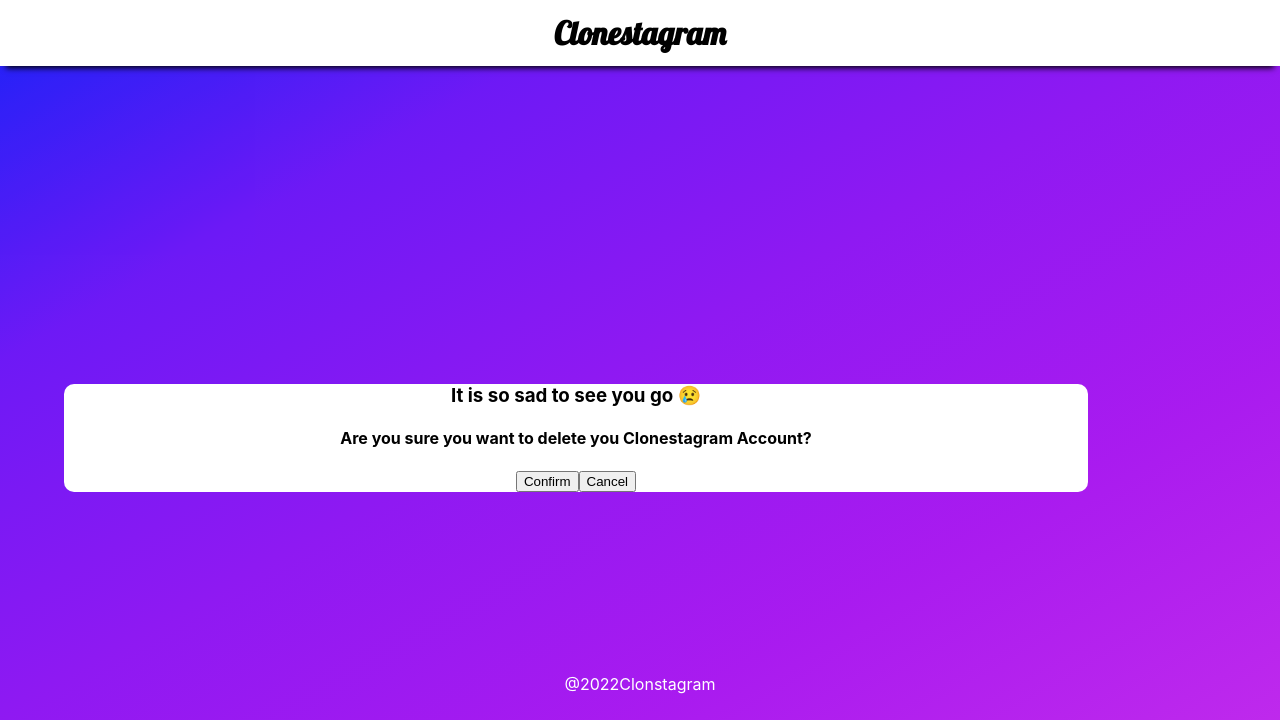
Repository: MikeMoore55/clonestagram
Page: /delaccount
An editor plug-in stored every save of this project. The page is shown before and after the next save, followed by the edit.
The browser window is 1280 px wide. The pictures show the whole page.
The page's requests for data from a server got no answer. The project was rebuilt for these pictures with package versions that can differ from the ones it lists, and the page was loaded fresh each time. The framework's server and built-in components were replaced by stand-ins that run in the browser. No one was signed in, and anything a server would have sent is missing. Also part of the build but not shown: next.config.js.

Above is the page before, as saved 2022-11-24 09:02:44.

After the next save:
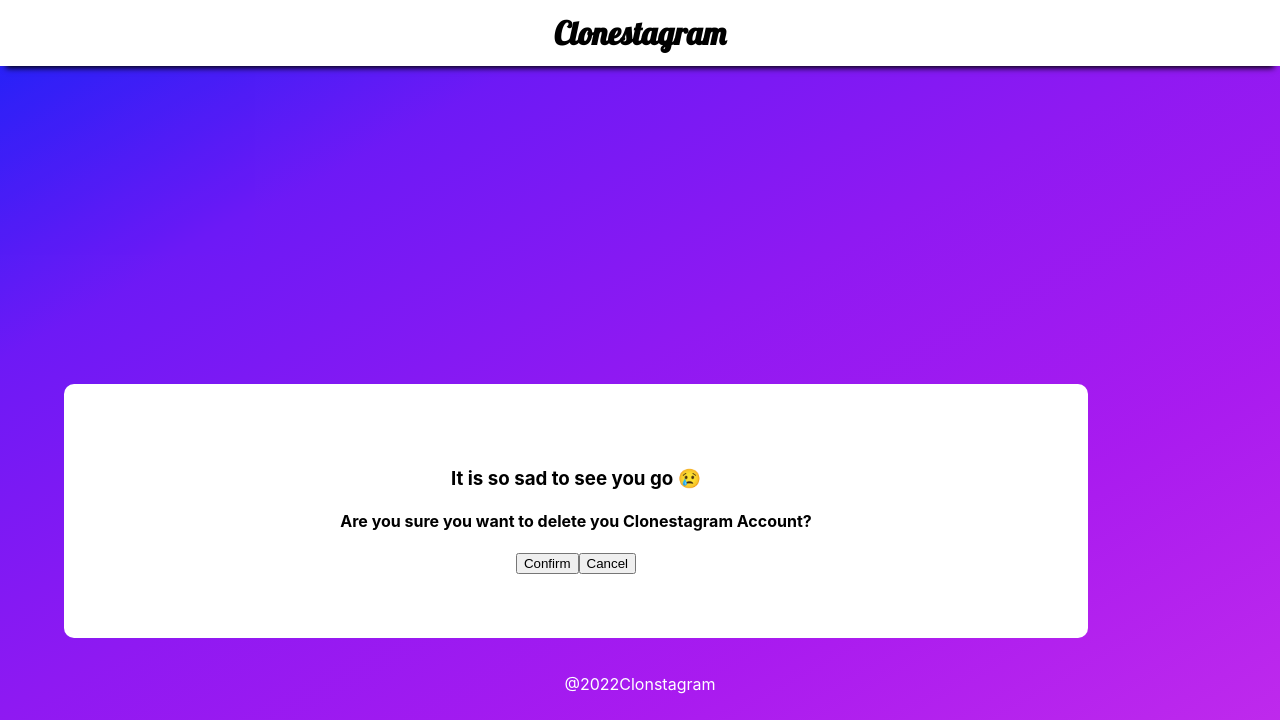
Saved 12 s later.
--- a/styles/DelAccount.module.css
+++ b/styles/DelAccount.module.css
@@ -11,6 +11,7 @@
     text-align: center;
     background-color: white;
     border-radius: 10px;
+    padding: 5% 5% 5% 5%;
 }
 
 .backgroundFeature {
